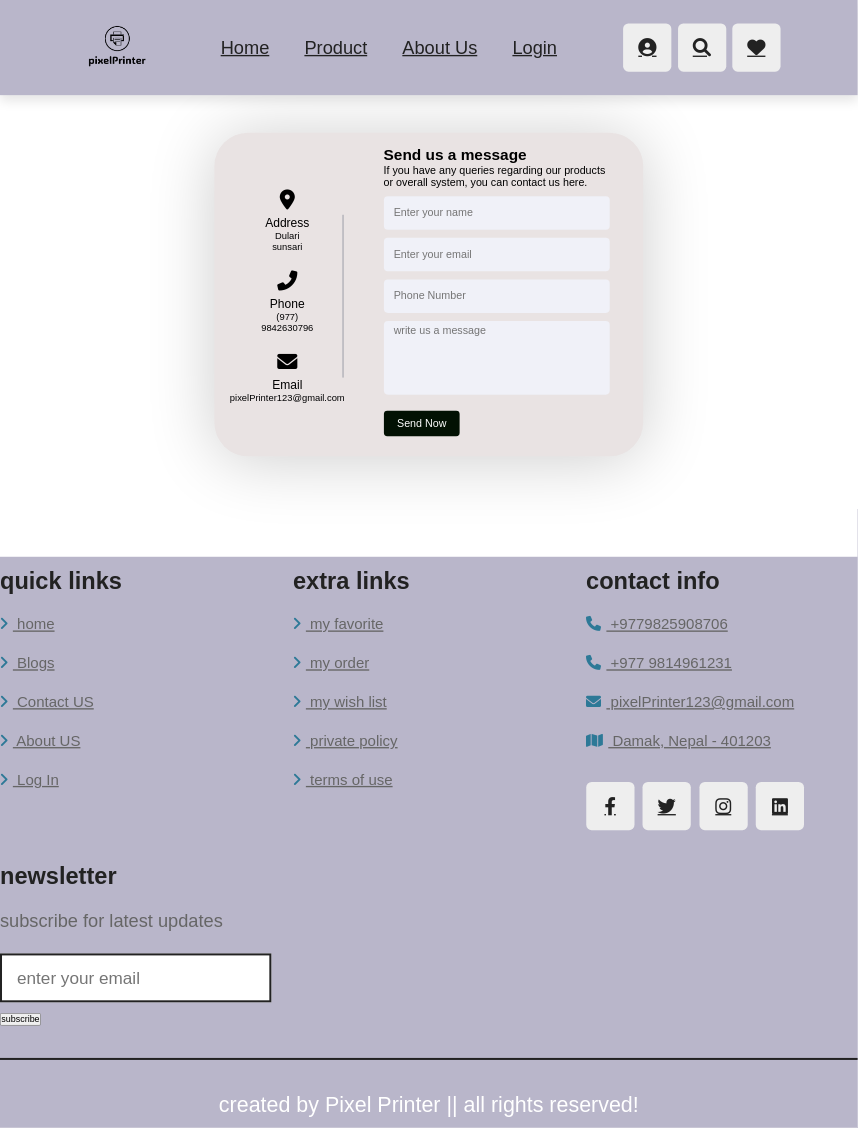
Repository: kritikakittu06/Ecommerce
Page: http://localhost/PixlePrinter/pages/Contact.jsp
These files come from the project's save history. The page is drawn as it stood at one moment and after the next save; the edit follows.
The browser window is 1280 px wide. The pictures show the whole page, at 67% of full size.
The page is served by Tomcat 9. Other server files are loaded and not shown.

Above is the page before, as saved 2024-04-15 10:03:18.

### PixlePrinter/src/main/webapp/pages/Contact.jsp
<%@ page language="java" contentType="text/html; charset=ISO-8859-1"
	pageEncoding="ISO-8859-1"%>
<%@ page import="utilities.Utilities"%>
<!DOCTYPE html>
<html lang="en">
<head>
<meta charset="UTF-8">
<meta http-equiv="X-UA-Compatible" content="IE=edge">
<meta name="viewport" content="width=device-width, initial-scale=1.0">
<title>Contact Us</title>
<link rel="stylesheet"
	href="https://cdnjs.cloudflare.com/ajax/libs/font-awesome/6.0.0-beta3/css/all.min.css">
<link rel="stylesheet"
	href="${pageContext.request.contextPath}/css/Contact.css" />
</head>
<body>
	<section id="header" class="header">
		<a href="#"><img
			src="${pageContext.request.contextPath}/Images/logo.png" class="logo"
			style="width: 120px; height: auto;"></a>
		<nav class="navbar">
			<a class="active"
				href="${pageContext.request.contextPath}/pages/Index.jsp">Home</a> <a
				href="${pageContext.request.contextPath}/pages/product.jsp">Product</a>
			<a href="${pageContext.request.contextPath}/pages/Contact.jsp">About
				Us</a> <a href="${pageContext.request.contextPath}/Login.jsp">Login</a>
		</nav>
		<div class="icons">
			<div id="menu-btn" class="fas fa-bars"></div>
			<a href="#" class="fas fa-user-circle"></a> <a href="#"
				class="fas fa-search"></a> <a href="#" class="fas fa-heart"></a>
		</div>
	</section>
	<br>
	<br>
	<div class="message-from-backend">
		<% if (session.getAttribute(Utilities.Successfully_Stored_Message) != null) { %>
		<div class="alert alert-success" role="alert">
			<%= session.getAttribute(Utilities.Successfully_Stored_Message) %>
		</div>
		<% } else if (request.getAttribute(Utilities.ERROR_MESSAGE) != null) {
                  if (request.getAttribute(Utilities.ERROR_MESSAGE).equals(Utilities.INCORRECT_FORM_DATA_MESSAGE)) { %>
		<div class="alert alert-danger" role="alert">
			<%= request.getAttribute(Utilities.ERROR_MESSAGE) %>
		</div>
		<%   } else if (request.getAttribute(Utilities.ERROR_MESSAGE).equals(Utilities.SERVER_ERROR_MESSAGE)) { %>
		<div class="alert alert-danger" role="alert">
			<%= request.getAttribute(Utilities.ERROR_MESSAGE) %>
		</div>
		<%   }
                  } %>
	</div>
	<div class="container">
		<div class="content">
			<div class="left">
				<!-- Address Details -->
				<div class="address details">
					<i class="fas fa-map-marker-alt"></i>
					<div class="topic">Address</div>
					<div class="text-one">Dulari</div>
					<div class="text-two">sunsari</div>
				</div>
				<!-- Phone Details -->
				<div class="phone details">
					<i class="fas fa-phone-alt"></i>
					<div class="topic">Phone</div>
					<div class="text-one">(977) 9842630796</div>
				</div>
				<!-- Email Details -->
				<div class="email details">
					<i class="fas fa-envelope"></i>
					<div class="topic">Email</div>
					<div class="text-one">pixelPrinter123@gmail.com</div>
				</div>
			</div>
			<br> <br>
			<!-- Contact Form -->
			<div class="right">
				<div class="topic-text">Send us a message</div>
				<p >If you have any queries regarding our products or overall
					system, you can contact us here.</p>
				<form action="${pageContext.request.contextPath}/StoreContactUsMessage" method="post">
					<div class="input-box">
						<input name="name" type="text" id="name"
							placeholder="Enter your name" required>
					</div>
					<div class="input-box">
						<input name="email" type="text" id="email"
							placeholder="Enter your email" required>
					</div>
					<div class="input-box">
						<input type="tel" id="phoneNumber" placeholder="Phone Number"
							name="phone_Num">
					</div>
					<div class="input-box message-box">
						<textarea name="message" id="message"
							placeholder="write us a message" rows="4" cols="50" required></textarea>
					</div>
					<div class="button">
						<button type="submit">Send Now</button>
					</div>
				</form>
			</div>
		</div>
	</div>
	<section class="footer">
		<div class="box-container">
			<div class="box">
				<h3>quick links</h3>
				<a class="link" href="#home"> <i class="fas fa-angle-right"></i>
					home
				</a> <a class="link" href="#about"> <i class="fas fa-angle-right"></i>
					Blogs
				</a> <a class="link" href="#shop"> <i class="fas fa-angle-right"></i>
					Contact US
				</a> <a class="link" href="#gallery"> <i class="fas fa-angle-right"></i>
					About US
				</a> <a class="link" href="#message"> <i class="fas fa-angle-right"></i>
					Log In
				</a>
			</div>
			<div class="box">
				<h3>extra links</h3>
				<a class="link" href="#"> <i class="fas fa-angle-right"></i> my
					favorite
				</a> <a class="link" href="#"> <i class="fas fa-angle-right"></i> my
					order
				</a> <a class="link" href="#"> <i class="fas fa-angle-right"></i> my
					wish list
				</a> <a class="link" href="#"> <i class="fas fa-angle-right"></i>
					private policy
				</a> <a class="link" href="#"> <i class="fas fa-angle-right"></i>
					terms of use
				</a>
			</div>
			<div class="box">
				<h3>contact info</h3>
				<a class="link" href="#"> <i class="fas fa-phone"></i> +9779825908706
				</a> <a class="link" href="#"> <i class="fas fa-phone"></i> +977 9814961231
				</a> <a class="link" href="#"> <i class="fas fa-envelope"></i>
					pixelPrinter123@gmail.com
				</a> <a class="link" href="#"> <i class="fas fa-map"></i> Damak, Nepal - 401203
				</a>
				<div class="share">
					<a href="#" class="fab fa-facebook-f"></a> <a href="#"
						class="fab fa-twitter"></a> <a href="#" class="fab fa-instagram"></a>
					<a href="#" class="fab fa-linkedin"></a>
				</div>
			</div>
			<div class="box">
				<h3>newsletter</h3>
				<p>subscribe for latest updates</p>
				<form action="">
					<input type="email" name="" placeholder="enter your email" id=""
						class="email"> <input type="submit" value="subscribe"
						class="btn">
				</form>
			</div>
		</div>
		<div class="credit">
			created by <span>Pixel Printer</span> || all rights reserved!
		</div>
	</section>
</body>
</html>

### PixlePrinter/src/main/webapp/css/Contact.css
@charset "ISO-8859-1";
.header{
    position: sticky;
    top: 0;
    left: 0;
    right: 0;
    z-index: 1000;
    box-shadow: 0 0.5rem 1rem rgba(0,0,0,0.1);
    background:#b9b6ca;
    display: flex;
    align-items: center;
    justify-content: space-between;
    padding:1.5rem 9%;
}
.header .logo{
    font-size: 2.5rem;
    color: #222;
    font-weight: bolder;
}
.header .logo i{
    color: #2d709d;
}
.header .navbar a{
    margin: 0 1.5rem;
    font-size: 1.7rem;
    color: #222;
}
.header .navbar a:hover{
    color: #2d7f85;
}
.header .icons div,
.header .icons a{
    height: 4.5rem;
    width:4.5rem;
    line-height: 4.5rem;
    border-radius: .5rem;
    background: #eee;
    font-size: 1.7rem;
    color: #222;
    margin-left: .3rem;
    text-align: center;
    cursor: pointer;
}
.header .icons a:hover,
.header .icons div:hover{
    background: #298f93;
    color: #fff;
}
.header #menu-btn{
    display: none;
}
@import url('https://fonts.googleapis.com/css2?family=Poppins:wght@200;300;400;500;600;700&display=swap');
*{
  margin: 0;
  padding: 0;
  box-sizing: border-box;
  font-family: "Poppins" , sans-serif;
}
.container{
  width: 50%;
  background:#e9e3e3;
  border-radius: 50px;
  padding: 20px 50px 30px 40px;
  box-shadow: 0 5px 100px rgba(0, 0, 0, 0.2);
  margin: 0 auto;
}
.container .content{
  display: flex;
  align-items: center;
  justify-content: space-between;
}
.container .content .left{
  width: 25%;
  height: 100%;
  display: flex;
  flex-direction: column;
  align-items: center;
  justify-content: center;
  margin-top: 15px;
  position: relative;
}
.content .left::before{
  content: '';
  position: absolute;
  height: 70%;
  width: 2px;
  right: -15px;
  top: 50%;
  transform: translateY(-50%);
  background: #afafb6;
}
.content .left .details{
  margin: 14px;
  text-align: center;
}
.content .left .details i{
  font-size: 30px;
  color: black;
  margin-bottom: 10px;
}
.content .left .details .topic{
  font-size: 18px;
  font-weight: 500;
}
.content .left .details .text-one,
.content .left .details .text-two{
  font-size: 14px;
  color: #000002;
}
.container .content .right{
  width: 75%;
  margin-left: 75px;
}
.content .right .topic-text{
  font-size: 23px;
  font-weight: 600;
  color: #000000;
}
.right .input-box{
  height: 50px;
  width: 100%;
  margin: 12px 0;
}
.right .input-box input,
.right .input-box textarea{
  height: 100%;
  width: 100%;
  border: none;
  outline: none;
  font-size: 16px;
  background: #F0F1F8;
  border-radius: 6px;
  padding: 0 15px;
  resize: none;
}
.right .message-box{
  min-height: 110px;
}
.right .input-box textarea{
  padding-top: 6px;
}
.right .button{
  display: inline-block;
  margin-top: 12px;
}
.right .button input[type="button"]{
  color: #fff;
  font-size: 18px;
  outline: none;
  border: none;
  padding: 8px 16px;
  border-radius: 6px;
  background: #000000;
  cursor: pointer;
  transition: all 0.3s ease;
}
.button input[type="button"]:hover{
  background: #760a0a;
}

@media (max-width: 950px) {
  .container{
    width: 90%;
    padding: 30px 40px 40px 35px ;
  }
  .container .content .right{
   width: 75%;
   margin-left: 55px;
}
}
@media (max-width: 820px) {
  .container{
    margin: 40px 0;
    height: 100%;
  }
  .container .content{
    flex-direction: column-reverse;
  }
 .container .content .left{
   width: 100%;
   flex-direction: row;
   margin-top: 40px;
   justify-content: center;
   flex-wrap: wrap;
 }
 .container .content .left::before{
   display: none;
 }
 .container .content .right{
   width: 100%;
   margin-left: 0;
 }
}
.button button {
  background-color: #021103;
  color: white;
  padding: 10px 20px;
  border: none;
  border-radius: 5px;
  cursor: pointer;
  font-size: 16px;
}

.button button:hover {
  background-color: #0e57c4;
}

.footer{
    background:#b9b6ca;
    margin-top: 150px;
}

.footer .box-container{
    display: grid;
    grid-template-columns: repeat(auto-fit, minmax(25rem, 1fr));
    gap:2rem;
}
.footer .box-container .box h3{
    font-size: 2.2rem;
    color: #222;
    padding:1rem 0;
}
.footer .box-container .box .link{
    padding:1rem 0;
    font-size: 1.4rem;
    color: #666;
    display:block;
}
.footer .box-container .box .link i{
    padding-right: .5rem;
    color: #2d7997;
}
.footer .box-container .box .link:hover{
    color: #308b87;
}
.footer .box-container .box .link:hover i{
    padding-right: 2rem;
}
.footer .box-container .box .share{
    margin-top: 2rem;
}
.footer .box-container .box .share a{
    height:4.5rem;
    width:4.5rem;
    line-height: 4.5rem;
    font-size: 1.7rem;
    border-radius: .5rem;
    background: #eee;
    text-align: center;
    color: #222;
    margin-right: .5rem;
}
.footer .box-container .box .share a:hover{
    color: #fff;
    background: #2f8997;
}
.footer .box-container .box p{
    padding: 1rem 0;
    font-size: 1.7rem;
    color: #666;
}
.footer .box-container .box form .email{
    border:0.2rem solid #222;
    width: 100%;
    padding:1.2rem 1.4rem;
    text-transform: none;
    color: #666;
    margin: 1rem 0;
    font-size: 1.6rem;
}
.footer .credit{
    text-align: center;
    padding: 1rem;
    padding-top:3rem;
    margin-top: 3rem;
    font-size: 2rem;
    border-top: 0.2rem solid #222;
    color: #fff;
}
.footer .credit span{
   color: #333;
}


.message-from-backend {
  margin-top: 20px;
}

.message-from-backend .alert {
  padding: 10px;
  margin-bottom: 10px;
  border-radius: 5px;
}

.message-from-backend .alert-success {
  color: #155724;
  background-color: #d4edda;
  border-color: #c3e6cb;
}

.message-from-backend .alert-danger {
  color: #721c24;
  background-color: #f8d7da;
  border-color: #f5c6cb;
}

After the next save:
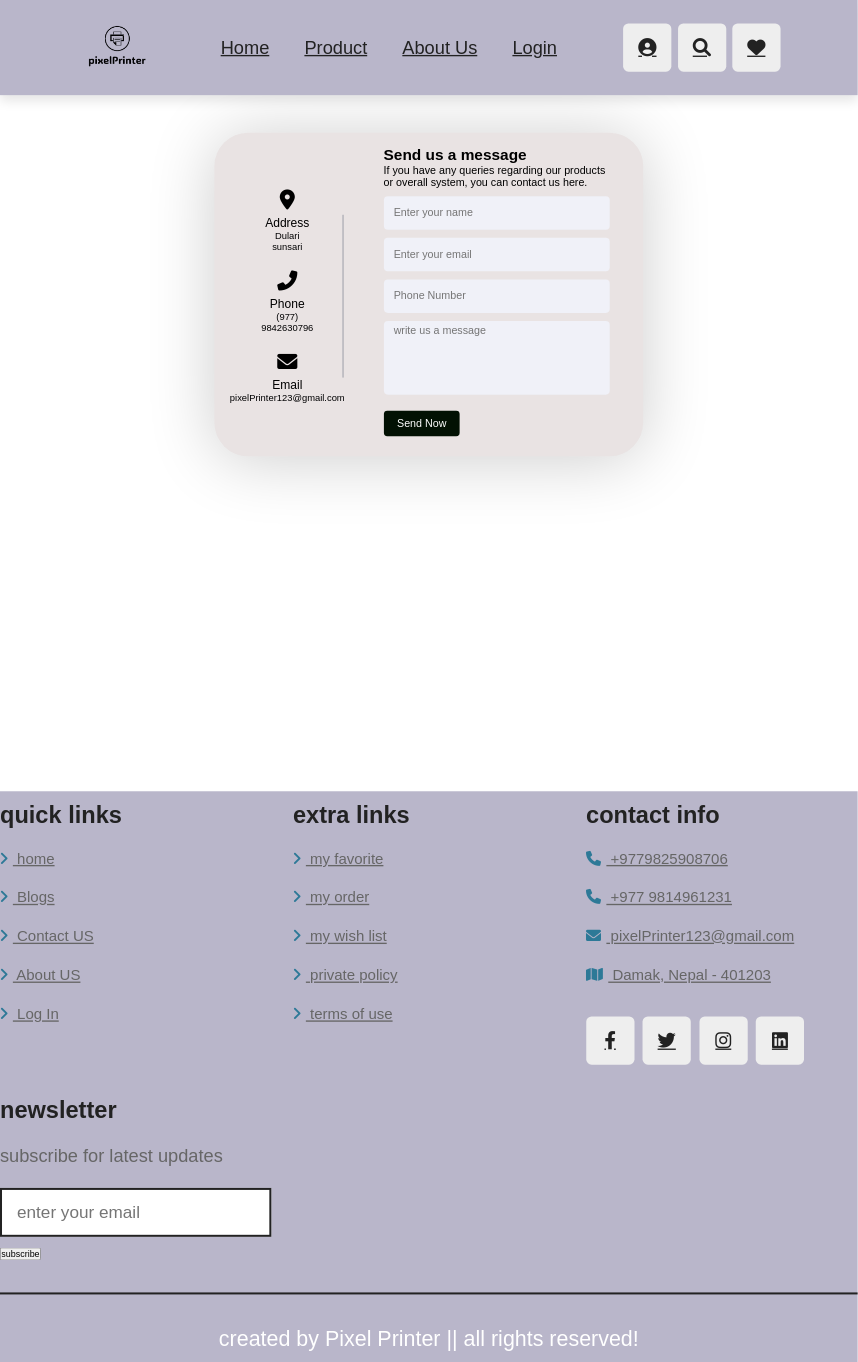
Saved 15 s later.
--- a/PixlePrinter/src/main/webapp/css/Contact.css
+++ b/PixlePrinter/src/main/webapp/css/Contact.css
@@ -207,7 +207,7 @@
 
 .footer{
     background:#b9b6ca;
-    margin-top: 150px;
+    margin-top: 500px;
 }
 
 .footer .box-container{
